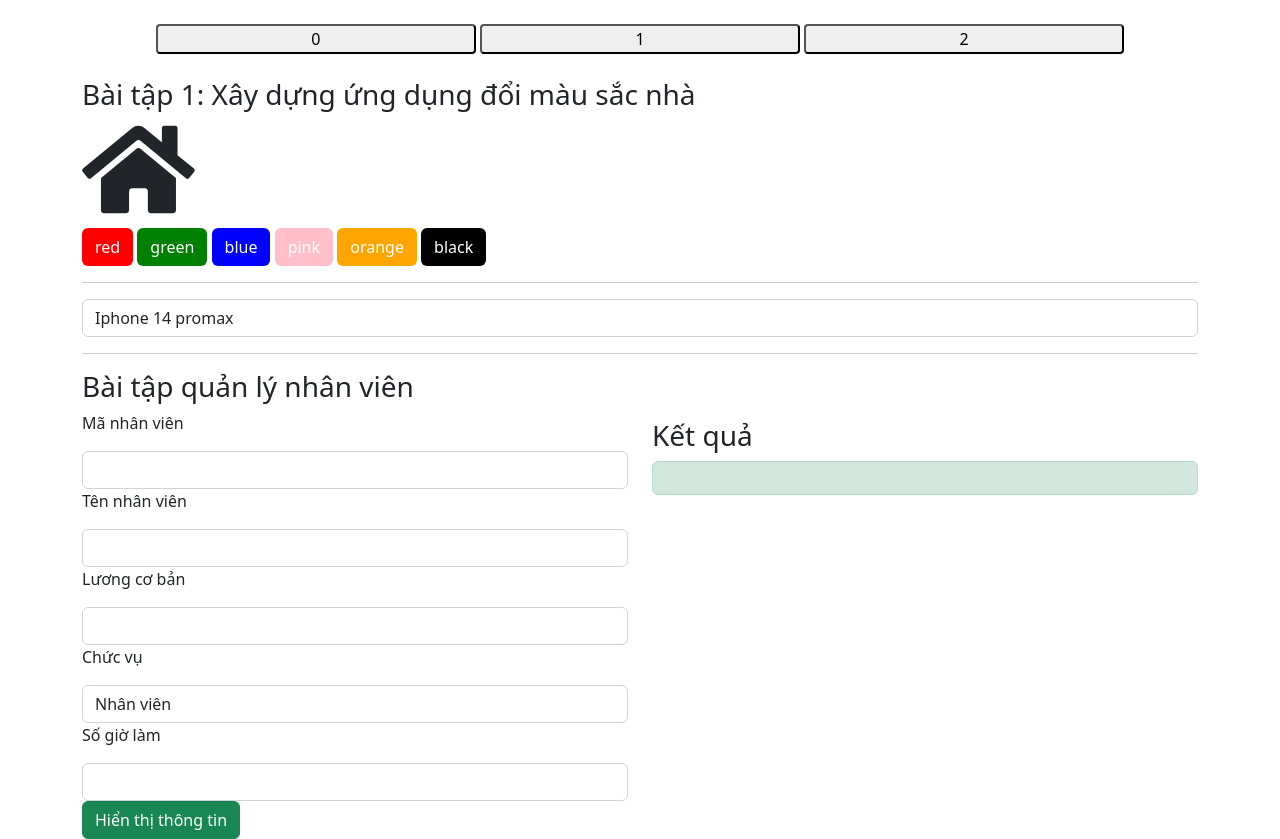
Repository: hcozyph/CyberSoft_Bai_Tap_Tren_Lop
Page: ES6/ES6_BASIC/index.html
The author's editor kept a copy of each file at every save. The page is drawn from the files as they stood at one save, then again after the next save.
The browser window is 1280 px wide. The pictures show the whole page.
Some web libraries are served in a nearby version.

Above is the page before, as saved 2023-03-22 20:36:25.

### ES6/ES6_BASIC/index.html
<!DOCTYPE html>
<html lang="en">
    <head>
        <title>ES6-BASIC</title>
        <!-- Required meta tags -->
        <meta charset="utf-8" />
        <meta
            name="viewport"
            content="width=device-width, initial-scale=1, shrink-to-fit=no"
        />

        <link
            rel="stylesheet"
            href="https://use.fontawesome.com/releases/v5.1.1/css/all.css"
            integrity="sha384-O8whS3fhG2OnA5Kas0Y9l3cfpmYjapjI0E4theH4iuMD+pLhbf6JI0jIMfYcK3yZ"
            crossorigin="anonymous"
        />
        <!-- Bootstrap CSS v5.2.1 -->
        <link
            href="https://cdn.jsdelivr.net/npm/bootstrap@5.2.1/dist/css/bootstrap.min.css"
            rel="stylesheet"
            integrity="sha384-iYQeCzEYFbKjA/T2uDLTpkwGzCiq6soy8tYaI1GyVh/UjpbCx/TYkiZhlZB6+fzT"
            crossorigin="anonymous"
        />
    </head>

    <body>
        <div class="text-center my-4">
            <button class="w-25 rounded-1">0</button>
            <button class="w-25 rounded-1">1</button>
            <button class="w-25 rounded-1">2</button>
        </div>

        <div class="container">
            <h3>Bài tập 1: Xây dựng ứng dụng đổi màu sắc nhà</h3>
            <i class="fa fa-home" id="home" style="font-size: 100px"></i>

            <div id="colors" class="mt-2">
                <button class="btn text-white" style="background-color: red">
                    Red
                </button>
            </div>
            <hr />
            <input
                type="text"
                name=""
                id="tenSP"
                value="Iphone 14 promax"
                class="form-control"
            />

            <hr />
            <h3>Bài tập quản lý nhân viên</h3>
            <form id="frmNhanVien">
                <div class="row">
                    <div class="col-md-6">
                        <div class="form-group">
                            <p>Mã nhân viên</p>
                            <input
                                type="text"
                                name=""
                                id="maNhanVien"
                                class="form-control"
                            />
                        </div>
                        <div class="form-group">
                            <p>Tên nhân viên</p>
                            <input
                                type="text"
                                name=""
                                id="tenNhanVien"
                                class="form-control"
                            />
                        </div>
                        <div class="form-group">
                            <p>Lương cơ bản</p>
                            <input
                                type="text"
                                name=""
                                id="luongCoBan"
                                class="form-control"
                            />
                        </div>
                        <div class="form-group">
                            <p>Chức vụ</p>
                            <select name="" id="chucVu" class="form-control">
                                <option value="">Nhân viên</option>
                                <option value="">Giám đốc</option>
                            </select>
                        </div>
                        <div class="form-group">
                            <p>Số giờ làm</p>
                            <input
                                type="text"
                                name=""
                                id="soGioLam"
                                class="form-control"
                            />
                        </div>
                        <div class="form-group">
                            <button
                                class="btn btn-success"
                                type="submit"
                                id="btnHienThi"
                            >
                                Hiển thị thông tin
                            </button>
                        </div>
                    </div>
                    <div class="col-md-6">
                        <h3 class="mt-2">Kết quả</h3>
                        <div
                            id="ketQuaHienThi"
                            class="alert alert-success"
                        ></div>
                    </div>
                </div>
            </form>
        </div>

        <!-- Bootstrap JavaScript Libraries -->
        <script
            src="https://cdn.jsdelivr.net/npm/@popperjs/core@2.11.6/dist/umd/popper.min.js"
            integrity="sha384-oBqDVmMz9ATKxIep9tiCxS/Z9fNfEXiDAYTujMAeBAsjFuCZSmKbSSUnQlmh/jp3"
            crossorigin="anonymous"
        ></script>

        <script
            src="https://cdn.jsdelivr.net/npm/bootstrap@5.2.1/dist/js/bootstrap.min.js"
            integrity="sha384-7VPbUDkoPSGFnVtYi0QogXtr74QeVeeIs99Qfg5YCF+TidwNdjvaKZX19NZ/e6oz"
            crossorigin="anonymous"
        ></script>
        <script type="module" src="./index.js"></script>
    </body>
</html>

### ES6/ES6_BASIC/index.js
/*-------  Cơ chế khai báo biến ------ */

/*
PHẠM VI BIẾN
- var: Hỗ trợ cơ chế hoisting, nên phạm vi biến là toàn cục

- let:
    > KHÔNG hỗ trợ cơ chế hoisting khi khai báo biến trùng tên với nhau trên cùng một scope thì browser báo lỗi.
    > Khi khai báo let ở các scope khác nhau thi giá trị sẽ phân biệt.

- const: Tương tự let, tuy nhiên giá trị không được phép gán lại.

=>>> Dùng let thay thế cho var thì khai báo biến trong ES6
*/

// var arrButton = document.querySelectorAll('button');

// for (var index = 0; index < arrButton.length; index++) {
//     let btn = arrButton[index];
//     btn.onclick = function () {
//         alert(btn.innerHTML);
//     }
// }

/*------- HÀM -------*/

//----------declaration function ----- <Hỗ trợ hoisting>
function tenHam() {
    console.log('ten ham');
}

//-----------express function ----- <Không hỗ trợ hoisting>
var showMessage = function () {
    console.log('showMessage');
}


/*
------------- CONTEXT (ngữ cảnh this) ----------------

OBJECT: trong object thì this sẽ là object.

FUNCTION: trong function đối tượng nào thực thi phương thức thì this sẽ là đối tượng đó. Nói cách khác this trong function là function đó.

DEFAULT: this là window.(Khi ngữ cảnh trồng chéo nhau). Nếu mở tính năng module của thẻ script thì sẽ báo lỗi

*/
let hoTen = 'nguyen van teo';
console.log('width:', window.innerWidth);
console.log('title:', window.document.title);
console.log('name:', window.hoTen);


// var sinhvien = {
//     ma: 1,
//     ten: 'Phuoc',
//     hienThiThongTin: function () {
//         function hienThi() {
//             console.log(this.ma);
//             console.log(this.ten);
//         }
//         hienThi();
//     }
// }
// sinhvien.hienThiThongTin();


function Product() {
    this.id = '';
    this.name = '';
    this.showInfo = function () {
        console.log('id', this.id);
        console.log('name', this.name);
    };
}

var prd1 = new Product();
prd1.id = 1;
prd1.name = 'Product A';
prd1.showInfo();

var prd2 = new Product();
prd2.id = 2;
prd2.name = 'Product B';
prd2.showInfo();


/*----------- ARROW FUNCTION  ------------*/

/* Arrow function là cách khai báo hàm với cú pháp '=>'
    + Khai báo hàm ngắn gọn hơn:
        + Đối với hàm chỉ có 1 tham số thì sẽ không cẩn () cho tham số. VD: (title) => {} tương đương title => {}
        + Đối với hàm chỉ có 1 lệnh return thì sẽ không cần ghi chữ return và {}. Ví dụ (a,b)=> {return a+b;} tương đương (a,b) => a+b

    + Loại bỏ được ngữ cảnh (this)
    + Không dùng cho việc khai báo Prototype và cũng không hỗ trợ hoisting => dùng cho mục đích khai báo hàm( hàm không phụ thuộc vào prototype)
*/

var showInfoProduct = () => {
    console.log('Hello hcozyph bc43');
    console.log(this);
}
// var prd = new showInfoProduct();'

var sayHello = (name) => {
    return 'hello' + name;
}

var sayHelloArrow = name => `hello ${name}`;

/* -----------BÀI TẬP ----------------- */
let arrColors = ['red', 'green', 'blue', 'pink', 'orange', 'black'];


////Cách 1: tạo ra các button bằng DOM => append lên ui
// let renderButton = () => {
//     for (let index = 0; index < arrColors.length; index++) {
//         let color = arrColors[index];
//         //Tạo button
//         let btn = document.createElement('button');
//         btn.className = 'btn';
//         btn.style.background = color;
//         btn.innerHTML = color;
//         btn.onclick = function () {
//             document.getElementById('home').style.color = color;
//         }
//         document.getElementById('colors').appendChild(btn);
//     }
// }


////Cách 2:
let renderButton = (array) => {
    let htmlString = '';
    for (var index = 0; index < array.length; index++) {
        let color = array[index];
        htmlString += `
            <button class="btn text-white" style="background-color: ${color}" onclick="changeColor('${color}')">${color}</button>
        `
    }
    console.log(htmlString);
    document.querySelector('#colors').innerHTML = htmlString;
}
renderButton(arrColors);


/* !!!! CHÚ Ý: nếu dòng 147 dùng "let changeColor = (color) {}" thì sẽ bị lỗi vì let k hỗ trợ hoisting => phải dùng window.changeColor  */
window.changeColor = (color) => {
    // console.log(color);
    document.querySelector('#home').style.color = color;
}

///------------DEFAULT PARAMETER VALUES------
var getUserInfo = (name = 'Mị', age = 18) => {
    if (age > 0 && age < 30) {
        console.log(`${name} còn trẻ ${name} muốn đi chơi !`)
    }
}
getUserInfo('Nam', 19);


///----------- REST PARAMETER --------------
function tinhTong(...arrSo) {
    switch (arrSo.length) {
        case 2: {
            console.log('Tổng =', arrSo[0] + arrSo[1]);
        }; break;
        case 3: {
            console.log('Tổng =', arrSo[0] + arrSo[1] + arrSo[2]);
        }; break;
        default: {
            console.log('Tham số không hợp lệ');
        }
    }
}
tinhTong(2, 3);
tinhTong(2, 3, 5);
tinhTong(2, 3, 5, 4);



////------SPREAD OPERATOR ----- dùng để sao chép giá trị của OBJECT hoặc ARRAY

let number1 = 5;
let number2 = number1;
number2 = 10;

console.log('number1', number1)
console.log('number2', number2)


let arr1 = [1, 2, 3, 4, 5];
let arr2 = [...arr1, 6];
console.log('arr1', arr1);
console.log('arr2', arr2);


////-----DESTRUCTURING------------ dùng để bóc tách phần tử trong mảng hoặc object
let prod10 = {
    id: 5,
    name: 'Iphone',
    price: 1000,
    showInfo: function () {
        console.log('showInfo');
        console.log('giá tiền', this.price)
    }
}

//es5
//let id = prod10.id

//es6
let { id: maSO, name, showInfo, ...restProd } = prod10;
showInfo.bind(prod10)(); //---> cho biết showInfo là cái gì
console.log(maSO);

function main() {
    return function () {
        console.log('abc');
    }
}
//main() //1
//main() //1
//main()()


////- DESTRUCTURING FOR ARRAY

let [idProd, nameProd, priceProd, showInfoProd] = [5, 'iphone', 1000,
    function () {
        console.log('Gía tiền', thongTinSP[2]);
    }]

console.log('Tên SP', nameProd);



////- TEMPLATE STRING ``


////- OBJECT LITERAL: sử dụng tên biến làm tên thuộc tính ---

let tenLopHoc = 'CyberSoft BC43';
let maLop = 'BC43';

let lopHoc = {
    maLop,
    tenLopHoc
}

console.log('lopHoc', lopHoc);


let hocSinh = {
    ['mã học viên']: 'BCSV001',
}

console.log(hocSinh['mã học viên']);


var tagInput = document.getElementById('tenSP')
let sanPham = {
    [tagInput.id]: tagInput.ariaValueMax,
}
console.log(sanPham);

/*
    FOR IN: thường dùng để duyệt key của object

    FOR OF: thường dùng để duyệt các phần tử của mảng
*/
let arrProduct = [
    { id: 1, name: 'Galaxy note 8', price: 1000 },
    { id: 2, name: 'Galaxy note 9', price: 1000 },
    { id: 3, name: 'Galaxy note 10', price: 1000 },
]
//console.log tất cả sản phẩm trong mảng arrProduct
for (let phone of arrProduct) {
    console.log(phone);
}

for (let index in arrProduct) {
    console.log('index', index);
    console.log('object', arrProduct[index]);
}

/*
    let object = {
        key : value
    }
    let arr = {
        index : value
    }
*/

let productPhone = { id: 3, name: 'iphone 13', price: 5000 }

for (let key in productPhone) {
    console.log(key, productPhone[key]);
}

function getEle(n) {
    return document.getElementById(n);
};
function querySelector(n) {
    return document.querySelector(n);
}

getEle('btnHienThi').onclick = function () {
    let maNhanVien = getEle('maNhanVien').value;
    let tenNhanVien = getEle('tenNhanVien').value;
    let luongCoBan = getEle('luongCoBan').value;
    let soGioLam = getEle('soGioLam').value;

    // let htmlString = '';
    getEle('ketQuaHienThi').innerHTML = `
    -  Mã Nhân viên: ${maNhanVien}
    -  Tên Nhân viên: ${tenNhanVien}
    -  Lương cơ bản: ${luongCoBan}
    -  Số giờ làm: ${soGioLam}
    `
}

After the next save:
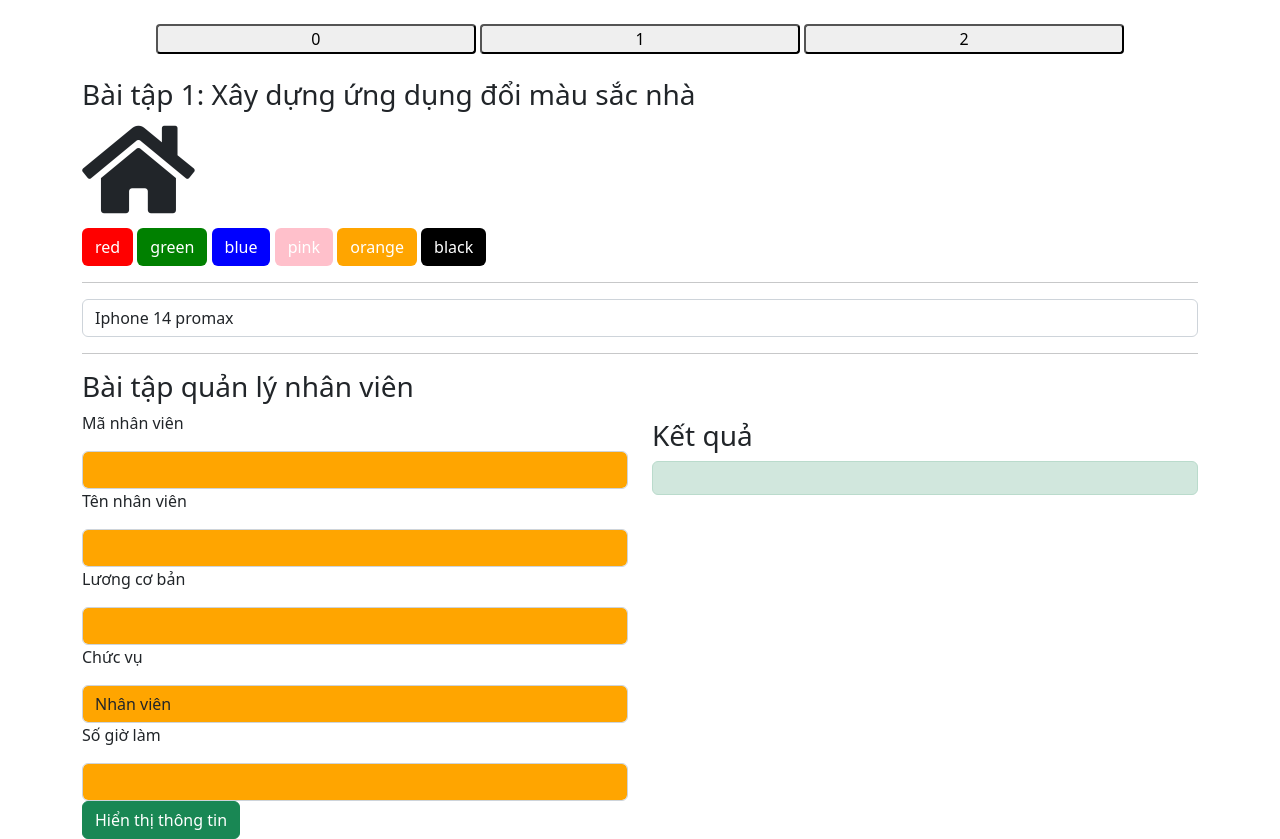
Saved 41 s later.
--- a/ES6/ES6_BASIC/index.html
+++ b/ES6/ES6_BASIC/index.html
@@ -117,7 +117,12 @@
                 </div>
             </form>
         </div>
-
+        <style>
+            #frmNhanVien input,
+            #frmNhanVien select {
+                background-color: orange;
+            }
+        </style>
         <!-- Bootstrap JavaScript Libraries -->
         <script
             src="https://cdn.jsdelivr.net/npm/@popperjs/core@2.11.6/dist/umd/popper.min.js"
